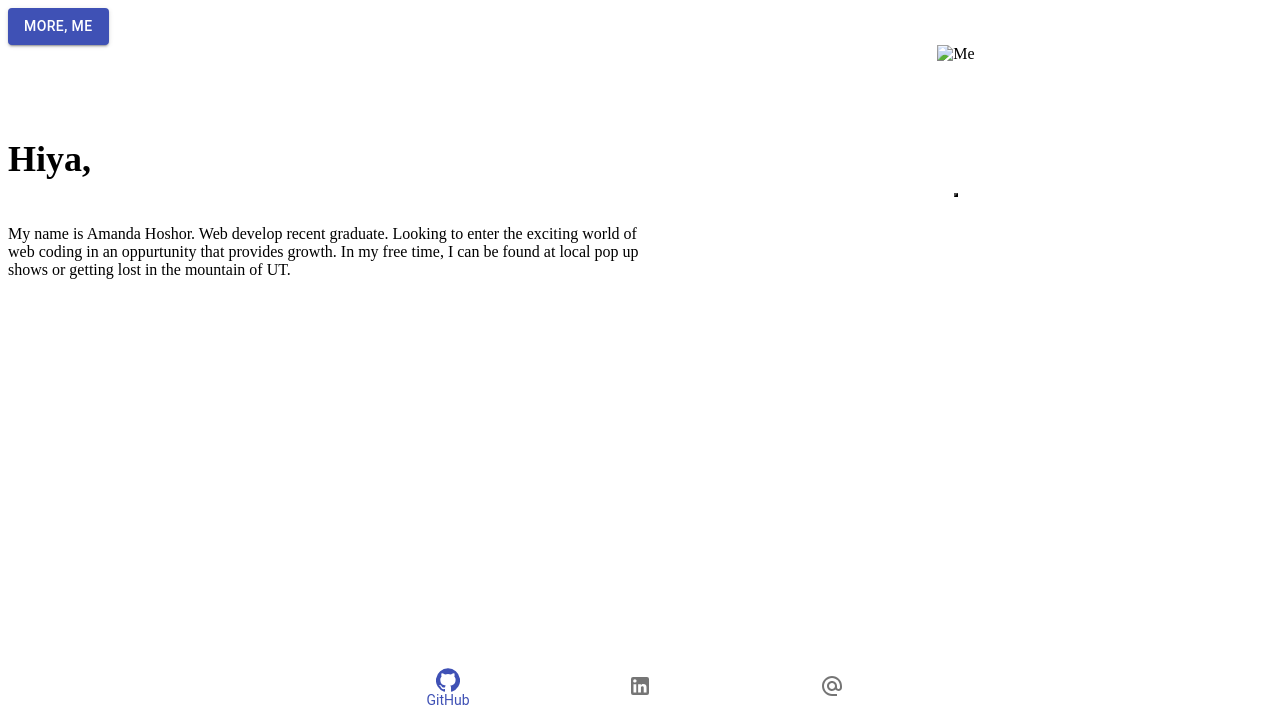
Repository: mandahos/hoshor
Page: /
An editor plug-in stored every save of this project. The page is shown before and after the next save, followed by the edit.
The browser window is 1280 px wide. The pictures show the whole page.
The project was rebuilt for these pictures with package versions that can differ from the ones it lists, and the page was loaded fresh each time. Also part of the build but not shown: src/components/Portfolio/index.js, src/components/Resume/index.js.

Above is the page before, as saved 2021-08-14 21:27:07.

### src/index.js
import React from 'react';
import ReactDOM from 'react-dom';
import './css/styles.css';
import App from './App';

ReactDOM.render(
  <React.StrictMode>
    <App />

  </React.StrictMode>,
  document.getElementById('root')
);

// If you want to start measuring performance in your app, pass a function
// to log results (for example: reportWebVitals(console.log))
// or send to an analytics endpoint. Learn more: https://bit.ly/CRA-vitals

### src/css/styles.css
.App {
  font-family: Arial, Helvetica, sans-serif;
  text-align: center;
  background-color: #7A6174;
  color: white
}
h1 {
  font-size: 48px;

}
h2 {
  font-size: 14px
}
.About {
  font-family: Cambria, Cochin, Georgia, Times, 'Times New Roman', serif
}
h3 {
  text-align: left;
}

p {
  text-align: left;
}

### src/App.js
import React, { useState } from "react";
import "./css/styles.css";
import  Navigation from "./components/Navigation";
import  Me  from "./components/Me";
import  Footer  from "./components/Footer";
import Portfolio from "./components/Portfolio";
import Resume from "./components/Resume"
// import background from "./assets/images/plug.png"


function App() {
  const [projects] = useState([
    {
      name: "Med-Planner",
      description: "A web application which provides caregivers and patients an easy solution for managing their apointments.",
      url: "https://mandahos.github.io/med-planner/",
      github: "https://github.com/mandahos/med-planner.git",
      image: "med-planner.jpg"

    }
  ])

  const [meSelected, setMeSelected] = useState(true);
  const [portfolioSelected, setPortfolioSelected] = useState(false);
  const [resumeSelected, setResumeSelected] = useState (false);

  return (
    <div>
      <Navigation
      meSelected={meSelected}
      setMeSelected={setMeSelected}
      portfolioSelected={portfolioSelected}
      setPortfolioSelected={setPortfolioSelected}
      resumeSelected={resumeSelected}
      setResumeSelected={setResumeSelected}
      />

      {portfolioSelected ? (<Portfolio projects={projects}/>)
        : resumeSelected ? (<Resume />)
        : (<Me />)}

        <Footer />
    </div>
  );
}

export default App;

### src/components/Navigation/index.js
import React from 'react';
import { withStyles } from '@material-ui/core/styles';
import Button from '@material-ui/core/Button';
import Menu from '@material-ui/core/Menu';
import MenuItem from '@material-ui/core/MenuItem';
import ListItemIcon from '@material-ui/core/ListItemIcon';
import ListItemText from '@material-ui/core/ListItemText';
import PortraitIcon from '@material-ui/icons/Portrait';
import WorkOutlineIcon from '@material-ui/icons/WorkOutline';
import LibraryBooksIcon from '@material-ui/icons/LibraryBooks';
import Link from '@material-ui/core/Link';
import Typography from '@material-ui/core/Typography';



function Navigation(props) {

const StyledMenu = withStyles({
  paper: {
    border: '1px solid #d3d4d5',
  },
})((props) => (
  <Menu
    elevation={0}
    getContentAnchorEl={null}
    anchorOrigin={{
      vertical: 'bottom',
      horizontal: 'center',
    }}
    transformOrigin={{
      vertical: 'top',
      horizontal: 'center',
    }}
    {...props}
  />
));

const StyledMenuItem = withStyles((theme) => ({
  root: {
    '&:focus': {
      backgroundColor: theme.palette.primary.main,
      '& .MuiListItemIcon-root, & .MuiListItemText-primary': {
        color: theme.palette.common.white,
      },
    },
  },
}))(MenuItem);


  const [anchorEl, setAnchorEl] = React.useState(null);

  const handleClick = (event) => {
    setAnchorEl(event.currentTarget);
  };

  const handleClose = () => {
    setAnchorEl(null);
  };

  const {
    meSelected,
    setMeSelected,
    portfolioSelected,
    setPortfolioSelected,
    resumeSelected,
    setResumeSelected,
} = props;

  return (
    <div>
      <Button
        aria-controls="customized-menu"
        aria-haspopup="true"
        variant="contained"
        color="primary"
        onClick={handleClick}
      >
        More, Me
      </Button>
      <StyledMenu
        id="customized-menu"
        anchorEl={anchorEl}
        keepMounted
        open={Boolean(anchorEl)}
        onClose={handleClose}
      >
       <StyledMenuItem>
          <ListItemIcon>
          <Link href="#meSelected" onClick={() => {
                setMeSelected(true);
                setPortfolioSelected(false);
                setResumeSelected(false);
            }}>

            <PortraitIcon fontSize="small" />

            </Link>
          </ListItemIcon>
          <ListItemText primary="Me" />
        </StyledMenuItem>

          <StyledMenuItem>
          <ListItemIcon>
            <WorkOutlineIcon fontSize="small" />
            <span onClick={() => {
                setMeSelected(false);
                setPortfolioSelected(true);
                setResumeSelected(false);
            }}>

            </span>

          </ListItemIcon>
          <ListItemText primary="Portfolio" />
        </StyledMenuItem>

        <StyledMenuItem>
          <ListItemIcon>
            <LibraryBooksIcon fontSize="small" />
            <span onClick={() => {
                setMeSelected(false);
                setPortfolioSelected(false);
                setResumeSelected(true);
            }}></span>
          </ListItemIcon>
          <ListItemText primary="Resume" />
        </StyledMenuItem>
      </StyledMenu>
    </div>
  );

}

  export default Navigation;

### src/components/Me/index.js
import React from 'react';
import {
  Container,
  Stack,
  Flex,
  Box,
  Heading,
  Text,
  Image,
  IconButton,
} from '@chakra-ui/react';
import { Link } from "@chakra-ui/react"





import picture from '../../assets/images/react-profile.png'

export default function CallToActionWithVideo() {
  return (
    <Container maxW={'7xl'}>
      <Stack
        align={'center'}
        spacing={{ base: 8, md: 10 }}
        py={{ base: 20, md: 28 }}
        direction={{ base: 'column', md: 'row' }}>
        <Stack flex={1} spacing={{ base: 5, md: 10 }}>
          <Heading
            lineHeight={1.1}
            fontWeight={800}
            fontSize={36}
            >
            <Text
              as={'span'}
              position={'relative'}
              _after={{
                content: "''",
                width: 'full',
                height: '80%',
                position: 'absolute',
                bottom: 1,
                left: 0,
                bg: 'red.400',
                zIndex: -1,

              }}>
              Hiya,
            </Text>
            <br />

          </Heading>
          <Text color={'black.500'}>
            My name is Amanda Hoshor. Web develop recent graduate. Looking to enter the exciting world of web coding in an oppurtunity that provides growth. In my free time, I can be found at local pop up shows or getting lost in the mountain of UT.
          </Text>
          <Stack
            spacing={{ base: 4, sm: 6 }}
            direction={{ base: 'column', sm: 'row' }}>

          </Stack>
        </Stack>
        <Flex
          flex={1}
          justify={'center'}
          align={'center'}
          position={'relative'}
          w={'full'}>

          <Box
            position={'relative'}
            height={'300px'}
            rounded={'2xl'}
            boxShadow={'2xl'}
            width={'full'}
            overflow={'hidden'}>
            <IconButton
              aria-label={'Play Button'}
              variant={'ghost'}
              _hover={{ bg: 'transparent' }}

              size={'lg'}
              color={'white'}
              position={'absolute'}
              left={'50%'}
              top={'50%'}
              transform={'translateX(-50%) translateY(-50%)'}
            />
            <Image
              alt={'Me'}
              fit={'cover'}
              align={'center'}
              w={'100%'}
              h={'100%'}
              a href={
                picture
              }
            />
          </Box>
        </Flex>
      </Stack>
    </Container>
  );
}

### src/components/Footer/index.js
import React from 'react';
import { makeStyles } from '@material-ui/core/styles';
import BottomNavigation from '@material-ui/core/BottomNavigation';
import BottomNavigationAction from '@material-ui/core/BottomNavigationAction';
import LinkedInIcon from '@material-ui/icons/LinkedIn';
import GitHubIcon from '@material-ui/icons/GitHub';
import AlternateEmailIcon from '@material-ui/icons/AlternateEmail';
import CSS from './footer.css'

const useStyles = makeStyles({
  root: {
    width: 500,
  },
});

export default function LabelBottomNavigation() {
  const footer = useStyles();
  const [value, setValue] = React.useState('recents');

  const handleChange = (event, newValue) => {
    setValue(newValue);
  };

  return (
    <BottomNavigation value={value} onChange={handleChange} className={footer}>
      <BottomNavigationAction a href="https://github.com/mandahos" label="GitHub" value="recents" icon={<GitHubIcon />} />
      <BottomNavigationAction a href="https://www.linkedin.com/in/amanda-hoshor/" label="LinkedIn" value="favorites" icon={<LinkedInIcon />} />
      <BottomNavigationAction a href="mailto:hoshor.manda@gmail.com" label="Email" value="nearby" icon={<AlternateEmailIcon />} />

    </BottomNavigation>
  );
}

### src/components/Footer/footer.css
.root {
    display: block;
    margin-left: auto;
    margin-right: auto;
    margin-top: 25%;
}

Loaded but not shown: public/index.html (common file)

After the next save:
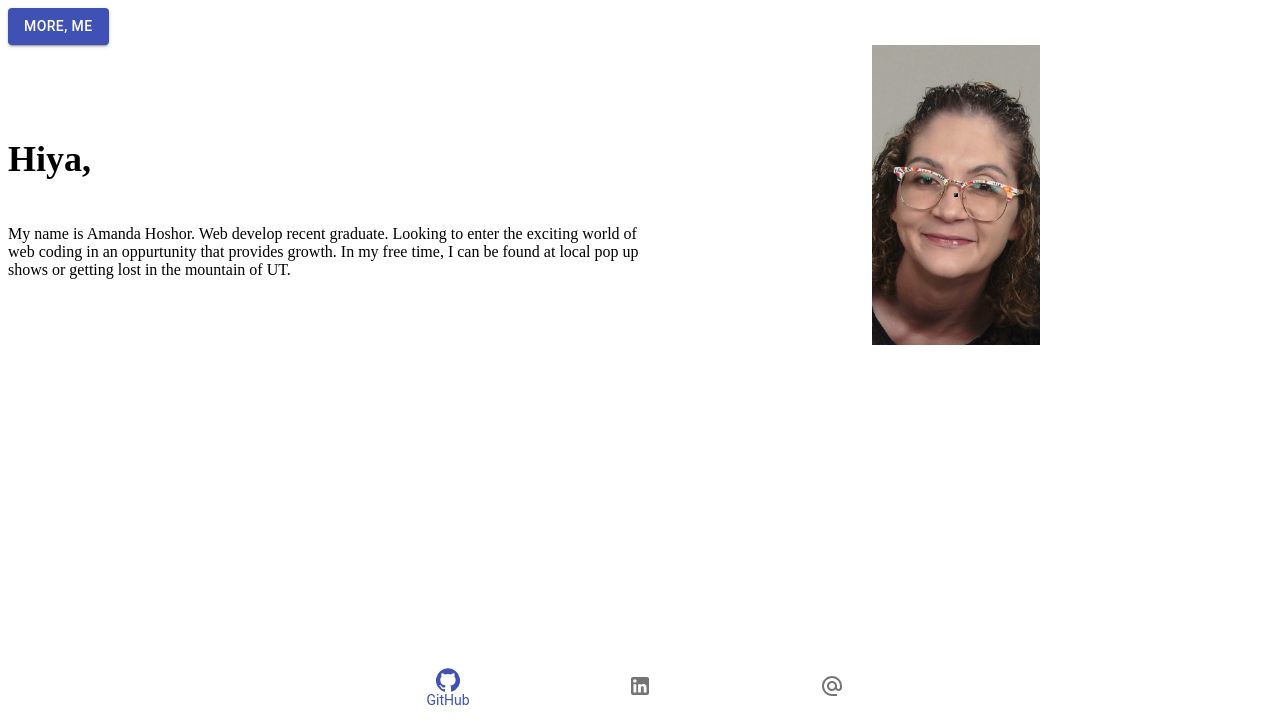
Saved 8 s later.
--- a/src/components/Me/index.js
+++ b/src/components/Me/index.js
@@ -91,7 +91,7 @@ export default function CallToActionWithVideo() {
               align={'center'}
               w={'100%'}
               h={'100%'}
-              a href={
+              src={
                 picture
               }
             />
